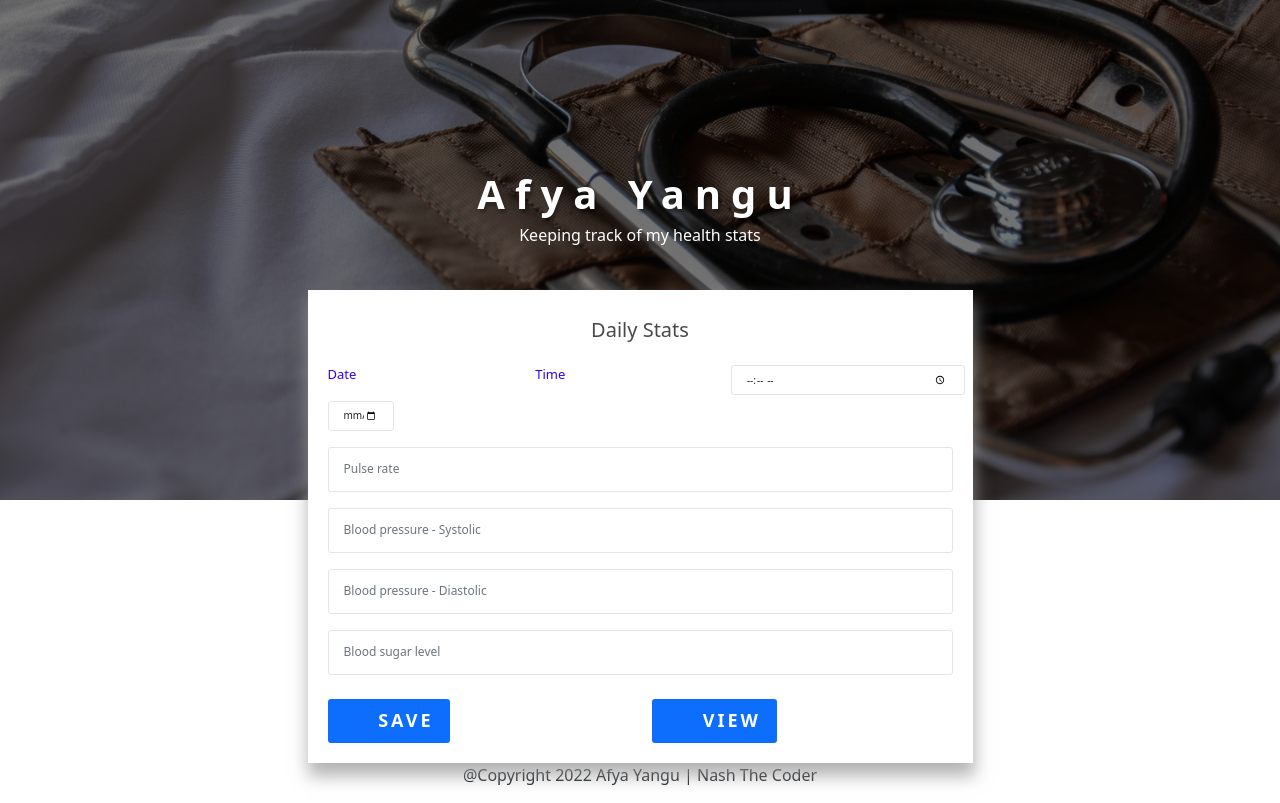
Repository: nashthecoder/afya_yangu
Page: /
These files come from the project's save history. The page is drawn as it stood at one moment and after the next save; the edit follows.
The browser window is 1280 px wide. The pictures show the whole page.
The project was rebuilt for these pictures with package versions that can differ from the ones it lists, and the page was loaded fresh each time.

Above is the page before, as saved 2022-02-27 16:47:51.

After the next save:
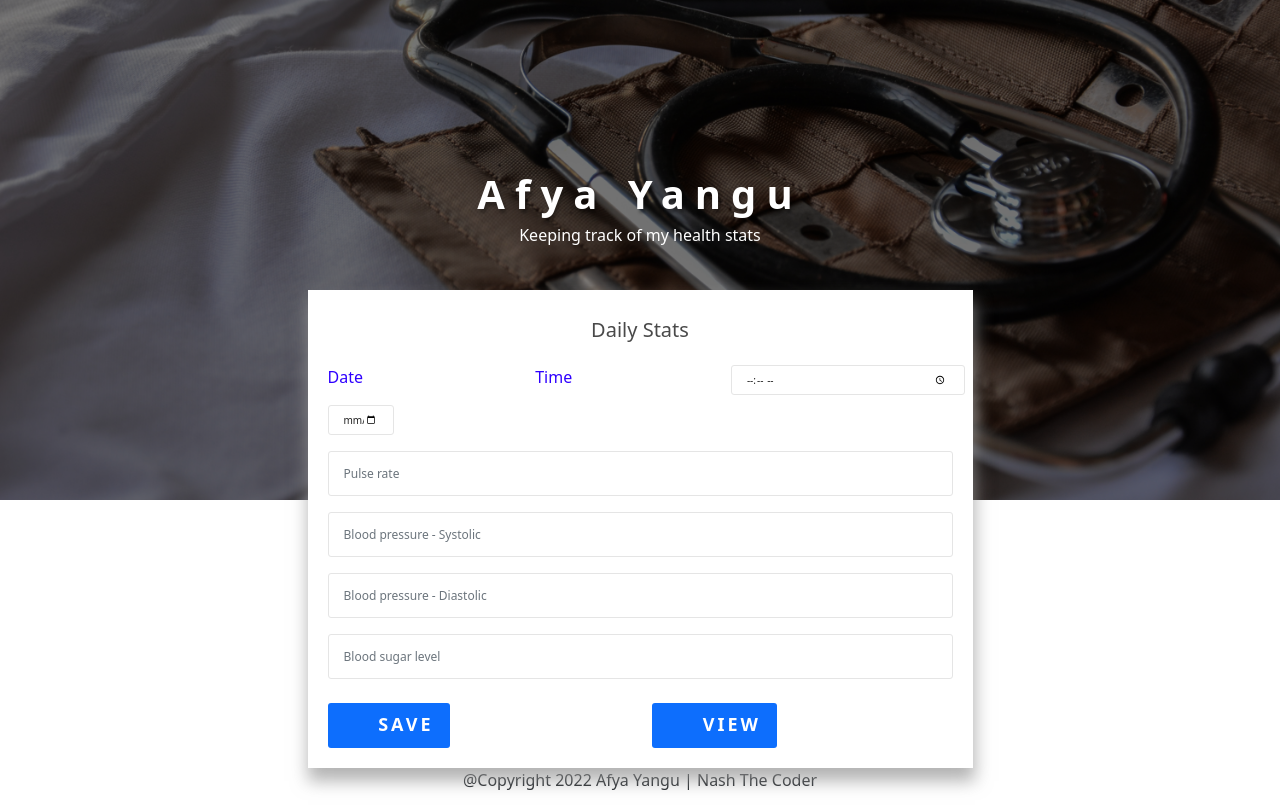
Saved 9 s later.
--- a/src/style.scss
+++ b/src/style.scss
@@ -184,7 +184,7 @@ input.form-control-short {
 
 .row {
     color: rgb(47, 0, 255);
-    font-size: small;
+    font-size: medium;
 }
 
 /*********************************************/
